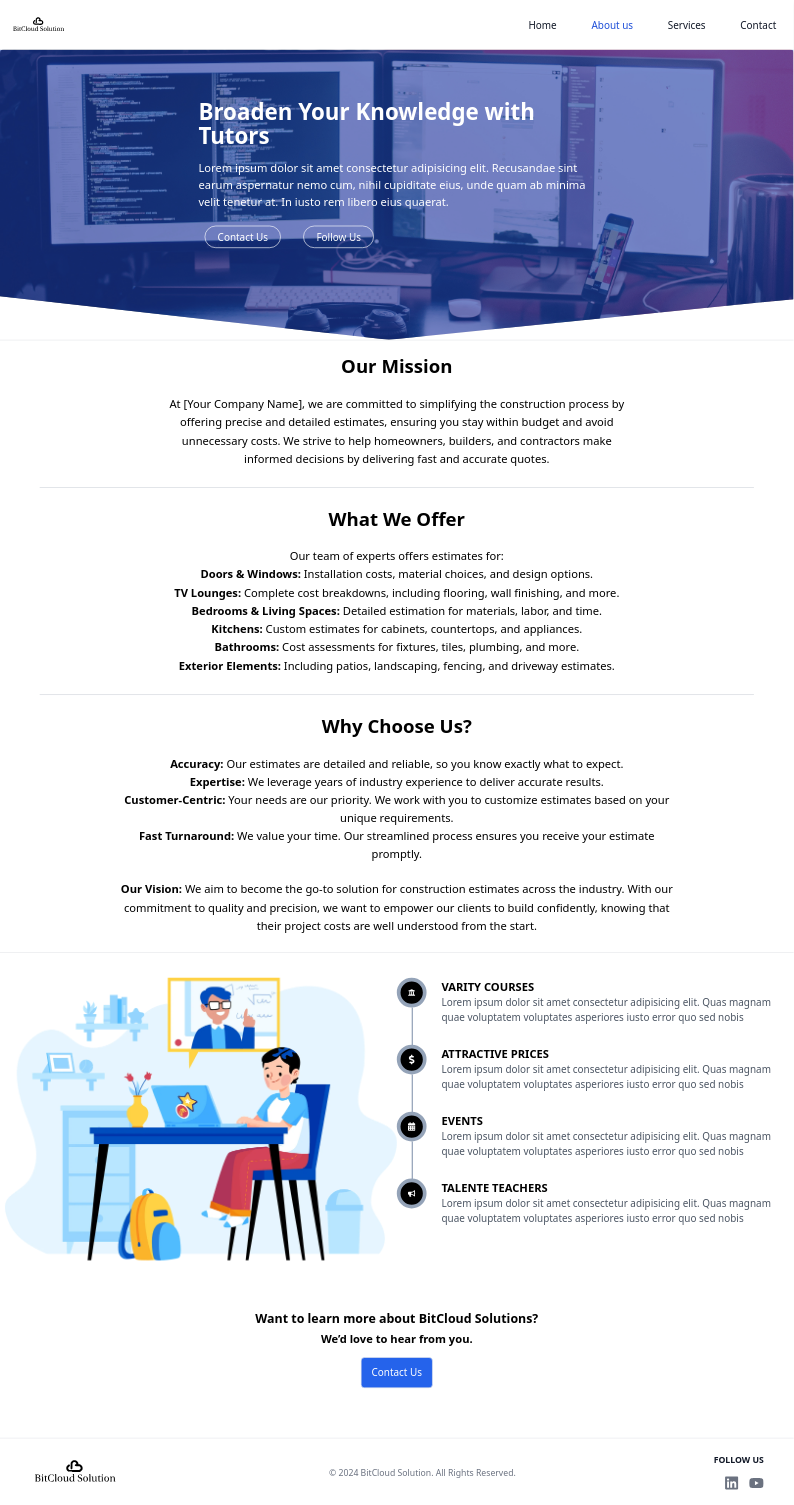
Repository: huzaifaBitCloud/BitCloud-website
Page: /about-us
The author's editor kept a copy of each file at every save. The page is drawn from the files as they stood at one save, then again after the next save.
The browser window is 1280 px wide. The pictures show the whole page, at 62% of full size.
The project was rebuilt for these pictures with package versions that can differ from the ones it lists, and the page was loaded fresh each time. The framework's server and built-in components were replaced by stand-ins that run in the browser. Also part of the build but not shown: next.config.mjs.

Above is the page before, as saved 2025-01-14 12:18:12.

### src/app/about-us/page.tsx
import Layout from "@/components/Layout";
import About from "@/components/About";

const AboutPage = () => {
  return (
    <Layout>
      <About />
    </Layout>
  );
};

export default AboutPage;

### src/app/globals.css
@tailwind base;
@tailwind components;
@tailwind utilities;

.custom-cards-ourClient {
  box-shadow: 0px -10px 10px 2px rgba(221, 223, 226, 1);
  border-radius: 15px;
  background: linear-gradient(180deg, #e9f2e4 0%, #f5f7fa 90%);
}
.custom-card-2-achievements {
  box-shadow: 0px -10px 10px 2px rgba(221, 223, 226, 1);
  border-radius: 15px;
  background: linear-gradient(180deg, #f4d9d0 0%, #f5f7fa 90%);
}
.custom-card-3-achievements {
  box-shadow: 0px -10px 10px 2px rgba(221, 223, 226, 1);
  border-radius: 15px;
  background: linear-gradient(180deg, #e7ebf0, #f5f7fa 90%);
}

:root {
  /* --color-primary: #e9f2e4;
    --color-secondary: #f5f7fa;
*/
  --h-100vh: 100vh;
}

/* ABout CSS */

.btn-about {
  display: inline-block;
  margin: 0 0.625rem;
  padding: 0.3125rem 1.25rem;
  border-radius: 1.25rem;
  background: transparent;
  border: solid 0.0625rem #fff;
  position: relative;
  z-index: 9;
}
.main-hero-about {
  clip-path: polygon(
    50% 0%,
    100% 0,
    100% 35%,
    100% 86%,
    49% 100%,
    0 85%,
    0% 35%,
    0 0
  );
}

/* Services */

.zoomIn {
  -webkit-animation-name: zoomIn;
  animation-name: zoomIn;
  -webkit-animation-duration: 1s;
  animation-duration: 1s;
  -webkit-animation-fill-mode: both;
  animation-fill-mode: both;
}
@-webkit-keyframes zoomIn {
  0% {
    opacity: 0;
    -webkit-transform: scale3d(0.3, 0.3, 0.3);
    transform: scale3d(0.3, 0.3, 0.3);
  }
  50% {
    opacity: 1;
  }
}
@keyframes zoomIn {
  0% {
    opacity: 0;
    -webkit-transform: scale3d(0.3, 0.3, 0.3);
    transform: scale3d(0.3, 0.3, 0.3);
  }
  50% {
    opacity: 1;
  }
}

.card-services {
  border-top: 10px solid transparent;
  transition: border-top-color 0.4s, box-shadow 0.4s;
}

.card-services:hover {
  border-top-color: #2563eb;
  box-shadow: 0px 0px 5px rgba(0, 0, 0, 0.75);
}


@media only screen and (max-width: 760px) {
  .main-hero-about {
    clip-path: polygon(
      50% 0%,
      100% 0,
      100% 35%,
      100% 92%,
      49% 100%,
      0 92%,
      0% 35%,
      0 0
    );
  }
  .main-hero-about {
    height: var(--h-100vh) !important;
  }
  .sub-hero-about {
    text-align: center !important;
    margin: 0 auto !important;
  }
  .mob-btn-about {
    justify-content: center;
  }
  .mob-nav-style{
    position: absolute;
    top: 76%;
    left: 0;
  }
}

### src/components/Layout.tsx
import React from "react";
import { ReactNode } from "react";

import { Navbar } from "./Navbar";
import Footer from "./Footer";

interface LayoutProps {
  children: ReactNode;
}

const Layout = ({children}: LayoutProps) => {
  return (
    <div>
      <Navbar />
      <div className="">{children}</div>
      <Footer />
    </div>
  );
};

export default Layout;

### src/components/About.tsx
"use client";
import { useRouter } from "next/navigation";
import React from "react";
import WhyChooseUs from "./WhyChooseUs";

const About = () => {
  const router = useRouter();

  return (
    <section id="about" className=" w-[100%] mx-auto mb-6">
      {/* HEADINGS */}
      <div
        className="relative text-white text-center py-20 rounded-md bg-cover bg-center lg:h-[65vh] md:h-[70vh] main-hero-about"
        style={{
          backgroundImage: "url('/images/web-developer.jpg')",
        }}
      >
        {/* Overlay */}
        <div className="absolute inset-0 bg-blue-800 bg-opacity-60"></div>

        {/* Content */}
        <div className="relative z-10 sm:w-[100%] md:w-[80%] lg:w-[50%] mx-auto text-left sub-hero-about">
          <h2 className="text-4xl font-bold mb-4">
            Broaden Your Knowledge with Tutors
          </h2>
          <p className="mb-6 text-lg">
            Lorem ipsum dolor sit amet consectetur adipisicing elit. Recusandae
            sint earum aspernatur nemo cum, nihil cupiditate eius, unde quam ab
            minima velit tenetur at. In iusto rem libero eius quaerat.
          </p>
          <div className="flex mob-btn-about gap-4">
            <button
              className="btn-about border border-white px-6 py-2 rounded-md hover:bg-white hover:text-blue-800 transition"
              onClick={() => router.push("/contact")}
            >
              Contact Us
            </button>
            <button
              className="btn-about border border-white px-6 py-2 rounded-md hover:bg-white hover:text-blue-800 transition"
              onClick={() =>
                router.push(
                  "https://www.linkedin.com/company/bitcloud-solution-software/"
                )
              }
            >
              Follow Us
            </button>
          </div>
        </div>
      </div>
      <hr />

      {/* <div className="mt-5 px-2">
        <h2 className="text-3xl font-bold my-6">Our Mission</h2>
        <p className="my-7">
          At [Your Company Name], we are committed to simplifying the
          construction process by offering precise and detailed estimates,
          ensuring you stay within budget and avoid unnecessary costs. We strive
          to help homeowners, builders, and contractors make informed decisions
          by delivering fast and accurate quotes.
        </p>

        <hr />
        <h2 className="text-3xl font-bold text-left my-6">What We Offer</h2>
        <p className="my-7">
          Our team of experts offers estimates for: Doors & Windows:
          Installation costs, material choices, and design options. TV Lounges:
          Complete cost breakdowns, including flooring, wall finishing, and
          more. Bedrooms & Living Spaces: Detailed estimation for materials,
          labor, and time. Kitchens: Custom estimates for cabinets, countertops,
          and appliances. Bathrooms: Cost assessments for fixtures, tiles,
          plumbing, and more. Exterior Elements: Including patios, landscaping,
          fencing, and driveway estimates.
        </p>
        <hr />
        <h2 className="text-3xl font-bold ">Why Choose Us?</h2>
        <p className="my-7 w-[85%]">
          Accuracy: Our estimates are detailed and reliable, so you know exactly
          what to expect. Expertise: We leverage years of industry experience to
          deliver accurate results. Customer-Centric: Your needs are our
          priority. We work with you to customize estimates based on your unique
          requirements. Fast Turnaround: We value your time. Our streamlined
          process ensures you receive your estimate promptly. Our Vision We aim
          to become the go-to solution for construction estimates across the
          industry. With our commitment to quality and precision, we want to
          empower our clients to build confidently, knowing that their project
          costs are well understood from the start.
        </p>
      </div> */}

      <div className="mt-5 px-4 sm:px-6 md:px-10 lg:px-16">
        {/* Our Mission */}
        <div className="text-center">
          <h2 className="text-3xl font-bold my-6">Our Mission</h2>
          <p className="my-7 text-lg leading-relaxed max-w-3xl mx-auto">
            At [Your Company Name], we are committed to simplifying the
            construction process by offering precise and detailed estimates,
            ensuring you stay within budget and avoid unnecessary costs. We
            strive to help homeowners, builders, and contractors make informed
            decisions by delivering fast and accurate quotes.
          </p>
        </div>

        <hr className="my-8 border-gray-300" />

        {/* What We Offer */}
        <div className="text-center">
          <h2 className="text-3xl font-bold my-6">What We Offer</h2>
          <p className="my-7 text-lg leading-relaxed max-w-3xl mx-auto ">
            Our team of experts offers estimates for:
            <br />
            <strong>Doors & Windows:</strong> Installation costs, material
            choices, and design options.
            <br />
            <strong>TV Lounges:</strong> Complete cost breakdowns, including
            flooring, wall finishing, and more.
            <br />
            <strong>Bedrooms & Living Spaces:</strong> Detailed estimation for
            materials, labor, and time.
            <br />
            <strong>Kitchens:</strong> Custom estimates for cabinets,
            countertops, and appliances.
            <br />
            <strong>Bathrooms:</strong> Cost assessments for fixtures, tiles,
            plumbing, and more.
            <br />
            <strong>Exterior Elements:</strong> Including patios, landscaping,
            fencing, and driveway estimates.
          </p>
        </div>

        <hr className="my-8 border-gray-300" />

        {/* Why Choose Us */}
        <div className="text-center">
          <h2 className="text-3xl font-bold my-6">Why Choose Us?</h2>
          <p className="my-7 text-lg leading-relaxed max-w-4xl mx-auto">
            <strong>Accuracy:</strong> Our estimates are detailed and reliable,
            so you know exactly what to expect.
            <br />
            <strong>Expertise:</strong> We leverage years of industry experience
            to deliver accurate results.
            <br />
            <strong>Customer-Centric:</strong> Your needs are our priority. We
            work with you to customize estimates based on your unique
            requirements.
            <br />
            <strong>Fast Turnaround:</strong> We value your time. Our
            streamlined process ensures you receive your estimate promptly.
          </p>
          <p className="my-7 text-lg leading-relaxed max-w-4xl mx-auto">
            <strong>Our Vision:</strong> We aim to become the go-to solution for
            construction estimates across the industry. With our commitment to
            quality and precision, we want to empower our clients to build
            confidently, knowing that their project costs are well understood
            from the start.
          </p>
        </div>
      </div>

      <hr />
      <div className="my-10 ">
        <WhyChooseUs />
      </div>
      <div className="text-center my-20">
        <h3 className="text-xl font-bold">
          Want to learn more about BitCloud Solutions?
        </h3>
        <p className="text-lg font-semibold mt-1">
          We’d love to hear from you.
        </p>
        <button
          className="border bg-blue-600 px-4 py-3 rounded-md text-white hover:bg-blue-700 mt-4"
          onClick={() => router.push("/contact")}
        >
          Contact Us
        </button>
      </div>
    </section>
  );
};

export default About;

### src/components/Navbar.tsx
"use client";
import Image from "next/image";
import Link from "next/link";
import { usePathname } from "next/navigation";
import React, { useState } from "react";

export const Navbar = () => {
  const [menu, setMenu] = useState(false);
  const [servicesDropdown, setServicesDropdown] = useState(false);
  const pathname = usePathname();

  const links = [
    { href: "/", label: "Home" },
    { href: "/about-us", label: "About us" },
    { label: "Services", dropdown: true },
    { href: "/contact", label: "Contact" },
  ];

  const servicesLinks = [
    { href: "/web-development", label: "Web Development" },
    { href: "/mob-development", label: "Mobile Development" },
    { href: "/services/service3", label: "UI/UX Design" },
    { href: "/zoho-crm", label: "Zoho CRM" },
    { href: "/finance-account", label: "Finances & Accounting" },
  ];

  const isActive = (href) => pathname === href;

  return (
    <nav className="border-gray-200 bg-white shadow-md dark:bg-gray-900 dark:border-gray-700">
      <div className="max-w-screen-xl flex flex-wrap items-center justify-between mx-auto p-4 relative">
        <Link href="/" passHref>
          <div className="relative w-24 h-12 cursor-pointer flex items-center space-x-3">
            <Image
              src="/images/logo.svg"
              alt="BitCloud Logo"
              fill
              sizes="(max-width: 768px) 100px, (max-width: 1200px) 50vw, 33vw"
              className="object-contain"
            />
          </div>
        </Link>

        <button
          type="button"
          data-collapse-toggle="navbar-dropdown"
          className="inline-flex items-center p-2 w-10 h-10 justify-center text-sm text-gray-500 rounded-lg md:hidden hover:bg-gray-100 dark:hover:bg-gray-700"
          aria-controls="navbar-dropdown"
          aria-expanded={menu}
          onClick={() => setMenu(!menu)}
        >
          <svg
            className="w-5 h-5"
            aria-hidden="true"
            xmlns="http://www.w3.org/2000/svg"
            fill="none"
            viewBox="0 0 17 14"
          >
            <path
              stroke="currentColor"
              strokeLinecap="round"
              strokeLinejoin="round"
              strokeWidth="2"
              d="M1 1h15M1 7h15M1 13h15"
            />
          </svg>
        </button>

        <div
          className={`${menu ? "block" : "hidden"} w-full md:block md:w-auto mob-nav-style`}
          id="navbar-dropdown"
        >
          <ul className="flex flex-col font-medium p-4 md:p-0 mt-4 border border-gray-100 rounded-lg bg-gray-50 md:flex-row md:space-x-8 md:mt-0 md:border-0 md:bg-white dark:bg-gray-800">
            {links.map(({ href, label, dropdown }) => (
             <li
             key={label}
             className="relative"
             onMouseEnter={dropdown ? () => setServicesDropdown(true) : null}
             onMouseLeave={dropdown ? () => setServicesDropdown(false) : null}
           >
             {dropdown ? (
               <span
                 className="block py-2 px-3 rounded cursor-pointer text-gray-900 dark:text-white"
               >
                 {label}
               </span>
             ) : (
               <Link href={href} passHref>
                 <span
                   className={`block py-2 px-3 rounded cursor-pointer ${
                     isActive(href)
                       ? "text-blue-700 dark:text-blue-500"
                       : "text-gray-900 dark:text-white"
                   }`}
                 >
                   {label}
                 </span>
               </Link>
             )}
             {dropdown && servicesDropdown && (
               <div className="z-50 absolute left-0 top-full w-48 bg-white border border-gray-200 shadow-lg rounded-lg">
                 <ul className="py-2 text-sm text-gray-700 dark:text-gray-400">
                   {servicesLinks.map(({ href, label }) => (
                     <li key={href}>
                       <Link href={href} passHref>
                         <span
                           onClick={() => setServicesDropdown(false)}
                           className="block px-4 py-2 hover:bg-gray-100 dark:hover:bg-gray-600 dark:hover:text-white"
                         >
                           {label}
                         </span>
                       </Link>
                     </li>
                   ))}
                 </ul>
               </div>
             )}
           </li>
            ))}
          </ul>
        </div>
      </div>
    </nav>
  );
};

export default Navbar;

### src/components/Footer.tsx
// import Link from "next/link";
// import { FaLinkedin, FaYoutube } from "react-icons/fa";

// const Footer = () => {
//   const currentYear = new Date().getFullYear(); // Get the current year dynamically

//   return (
//     <footer className="bg-white dark:bg-gray-900 border-t w-full">
//       <div className="container mx-auto px-4 py-6">
//         <div className="flex flex-col md:flex-row md:items-center md:justify-between">
//           {/* Logo Section */}
//           <div className="flex items-center mb-4 md:mb-0 py-6">
//             <img
//               src="/images/logo.svg"
//               alt="BitCloud Logo"
//               className="h-14 mr-3 md:ml-4"
//             />
//           </div>

//           {/* Rights Section */}
//           <div className="text-center mb-4 md:mb-0">
//             <span className="text-sm text-gray-500 dark:text-gray-400">
//               © {currentYear}{" "}
//               <Link
//                 href="https://bitcloudsolution.com/"
//                 className="hover:underline"
//               >
//                 BitCloud Solution
//               </Link>
//               . All Rights Reserved.
//             </span>
//           </div>

//           {/* Follow Us Section */}
//           <div className="flex flex-col items-center md:items-end">
//             <h2 className="mb-4 text-sm font-semibold text-gray-900 uppercase dark:text-white">
//               Follow Us
//             </h2>
//             <div className="flex space-x-4">
//               <Link
//                 href="https://www.linkedin.com/company/bitcloud-solution-software/"
//                 aria-label="LinkedIn"
//                 className="text-gray-500 hover:text-blue-600 dark:hover:text-blue-400"
//               >
//                 <FaLinkedin className="w-6 h-6" />
//               </Link>
//               <Link
//                 href="http://www.youtube.com/@BitCloudSolution"
//                 aria-label="YouTube"
//                 className="text-gray-500 hover:text-red-600 dark:hover:text-red-400"
//               >
//                 <FaYoutube className="w-6 h-6" />
//               </Link>
//             </div>
//           </div>
//         </div>
//       </div>
//     </footer>
//   );
// };

// export default Footer;

import Link from "next/link";
import { FaLinkedin, FaYoutube } from "react-icons/fa";

const Footer = () => {
  const currentYear = new Date().getFullYear(); // Get the current year dynamically

  return (
    <footer className="bg-white dark:bg-gray-900 border-t w-full">
      <div className="container mx-auto px-6 py-6">
        <div className="flex flex-col items-center md:flex-row md:justify-between">
          {/* Logo Section */}
          <div className="flex items-center mb-4 md:mb-0 md:ml-6">
            <Link href='/'>
            <img
              src="/images/logo.svg"
              alt="BitCloud Logo"
              className="h-14 mr-3"
            />
            </Link>
          </div>

          {/* Rights Section */}
          <div className="text-center mb-4 md:mb-0">
            <span className="text-sm text-gray-500 dark:text-gray-400">
              © {currentYear}{" "}
              <Link
                href="https://bitcloudsolution.com/"
                className="hover:underline"
              >
                BitCloud Solution
              </Link>
              . All Rights Reserved.
            </span>
          </div>

          {/* Follow Us Section */}
          <div className="flex flex-col items-center md:items-end md:mr-6">
            <h2 className="mb-4 text-sm font-semibold text-gray-900 uppercase dark:text-white">
              Follow Us
            </h2>
            <div className="flex space-x-4">
              <Link
                href="https://www.linkedin.com/company/bitcloud-solution-software/"
                aria-label="LinkedIn"
                className="text-gray-500 hover:text-blue-600 dark:hover:text-blue-400"
              >
                <FaLinkedin className="w-6 h-6" />
              </Link>
              <Link
                href="http://www.youtube.com/@BitCloudSolution"
                aria-label="YouTube"
                className="text-gray-500 hover:text-red-600 dark:hover:text-red-400"
              >
                <FaYoutube className="w-6 h-6" />
              </Link>
            </div>
          </div>
        </div>
      </div>
    </footer>
  );
};

export default Footer;

### src/components/WhyChooseUs.tsx
import React from "react";
import {
  FaUniversity,
  FaDollarSign,
  FaCalendarAlt,
  FaBullhorn,
} from "react-icons/fa";

const WhyChooseUs = () => {
  const steps = [
    {
      icon: <FaUniversity />,
      title: "VARITY COURSES",
      description:
        "Lorem ipsum dolor sit amet consectetur adipisicing elit. Quas magnam quae voluptatem voluptates asperiores iusto error quo sed nobis",
    },
    {
      icon: <FaDollarSign />,
      title: "ATTRACTIVE PRICES",
      description:
        "Lorem ipsum dolor sit amet consectetur adipisicing elit. Quas magnam quae voluptatem voluptates asperiores iusto error quo sed nobis",
    },
    {
      icon: <FaCalendarAlt />,
      title: "EVENTS",
      description:
        "Lorem ipsum dolor sit amet consectetur adipisicing elit. Quas magnam quae voluptatem voluptates asperiores iusto error quo sed nobis",
    },
    {
      icon: <FaBullhorn />,
      title: "TALENTE TEACHERS",
      description:
        "Lorem ipsum dolor sit amet consectetur adipisicing elit. Quas magnam quae voluptatem voluptates asperiores iusto error quo sed nobis",
    },
  ];

  return (
    <div className="w-[100%] mx-auto mt-6">

      <div className="grid lg:grid-cols-2 xs:grid-cols-1 mx-2">
        <div>
          <img src="/images/about-us.jpg" alt="About us" />
        </div>
        <div className="flex flex-col items-start mx-auto h-[100%]">
          {steps.map((step, index) => (
            <div key={index} className="flex items-start mb-8 relative">
              {/* Vertical Line */}
              {index !== steps.length - 1 && (
                <span className="absolute left-6 top-12 h-20 w-0.5 bg-slate-400"></span>
              )}

              {/* Icon in a circle */}
              <div className="flex justify-center items-center w-12 h-12 p-3 rounded-full bg-black text-white border-[6px] border-slate-400">
                {step.icon}
              </div>

              {/* Title and Description */}
              <div className="ml-6">
                <h3 className="text-lg font-bold">{step.title}</h3>
                <p className="text-gray-600">{step.description}</p>
              </div>
            </div>
          ))}
        </div>
      </div>
    </div>
  );
};

export default WhyChooseUs;

Loaded but not shown: src/app/layout.tsx (common file); tailwind.config.ts (common file)

After the next save:
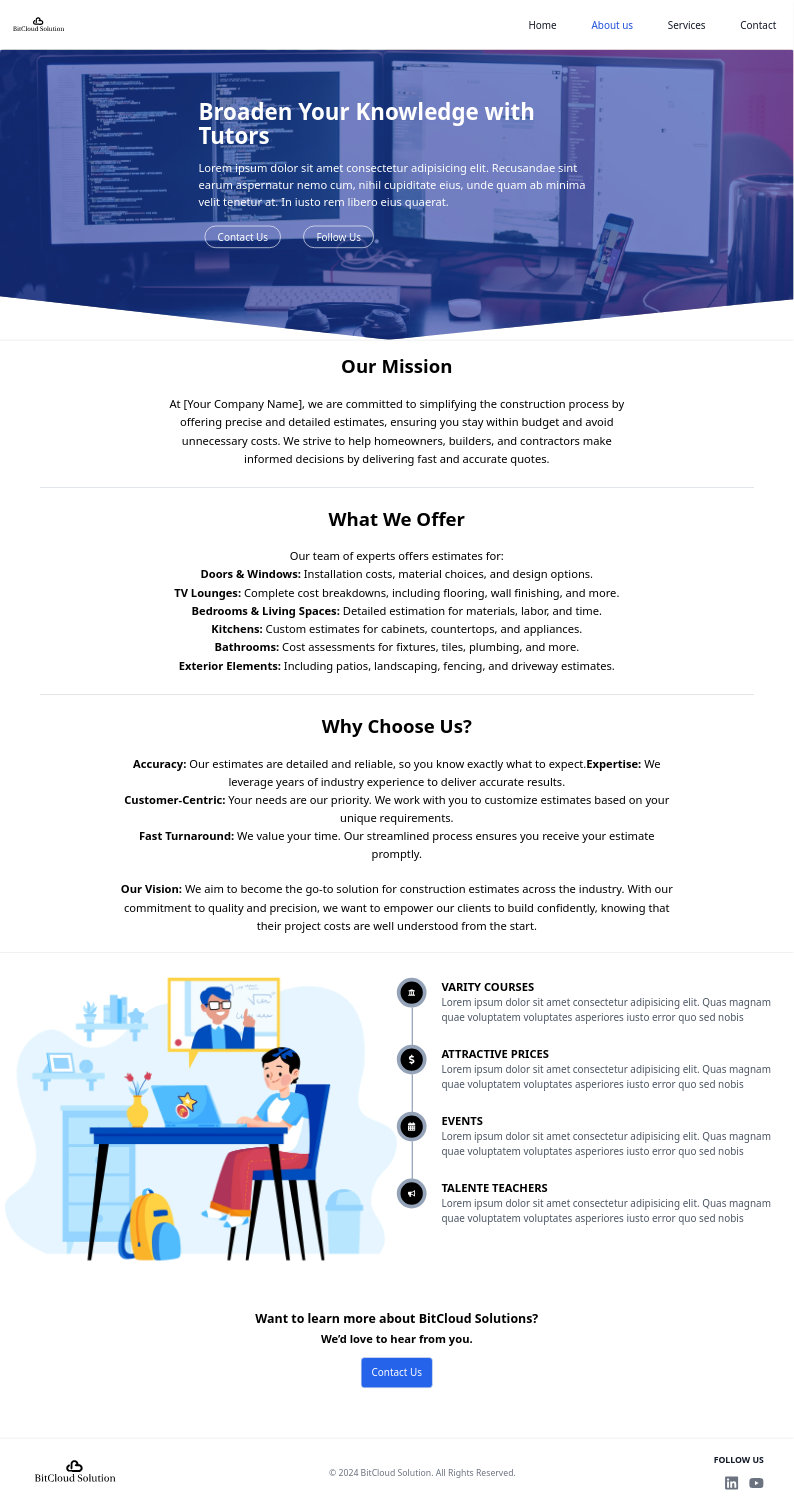
Saved 35 s later.
--- a/src/components/About.tsx
+++ b/src/components/About.tsx
@@ -137,7 +137,7 @@
           <p className="my-7 text-lg leading-relaxed max-w-4xl mx-auto">
             <strong>Accuracy:</strong> Our estimates are detailed and reliable,
             so you know exactly what to expect.
-            <br />
+            {/* <br /> */}
             <strong>Expertise:</strong> We leverage years of industry experience
             to deliver accurate results.
             <br />
